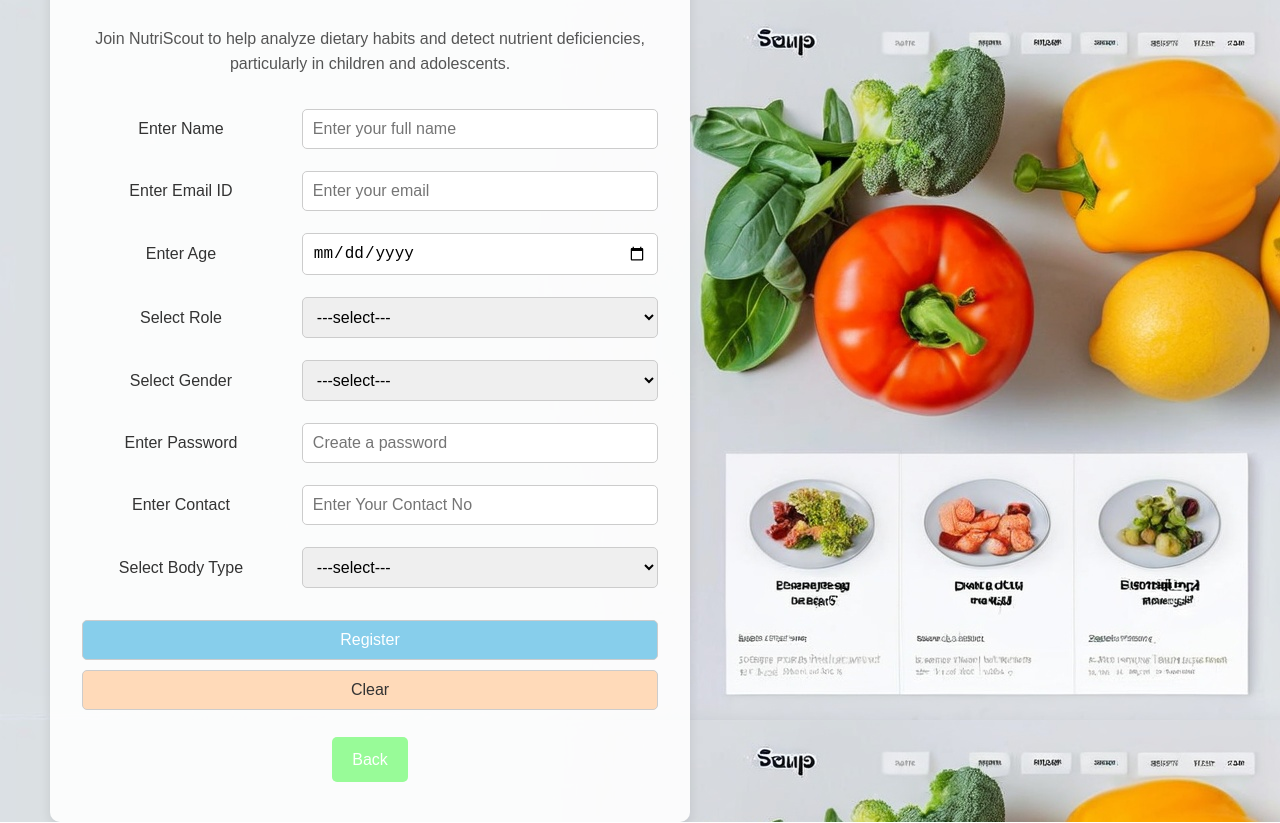
Repository: chaitanyasivathmika/NutrientDiet
Page: http://localhost/NutrientDiet/userreg.jsp
The author's editor kept a copy of each file at every save. The page is drawn from the files as they stood at one save, then again after the next save.
The browser window is 1280 px wide. The pictures show the whole page.
The page is served by Tomcat 10.

Above is the page before, as saved 2024-11-17 04:53:46.

After the next save:
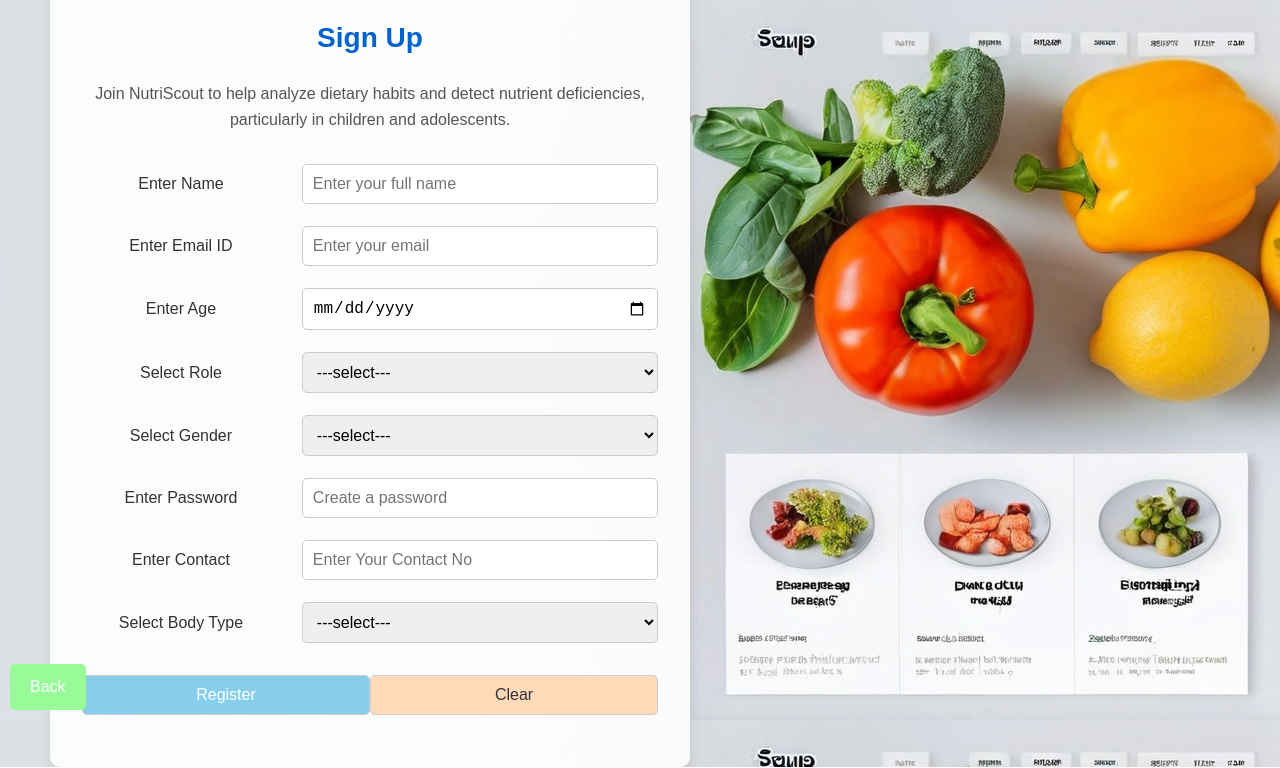
Saved 98 s later.
--- a/NutrientDiet/src/main/webapp/userreg.jsp
+++ b/NutrientDiet/src/main/webapp/userreg.jsp
@@ -18,6 +18,7 @@
             align-items: center;
             height: 100vh;
             margin: 0;
+            position: relative;
         }
 
         main {
@@ -76,6 +77,12 @@
             padding: 10px;
         }
 
+        .button-container {
+            display: flex;
+            justify-content: space-between;
+            margin-top: 10px;
+        }
+
         .submit-btn {
             background-color: #87CEEB;
             color: #fff;
@@ -84,7 +91,6 @@
             border-radius: 5px;
             cursor: pointer;
             font-size: 18px;
-            margin-top: 10px;
             transition: background-color 0.3s ease;
         }
 
@@ -100,7 +106,6 @@
             border-radius: 5px;
             cursor: pointer;
             font-size: 18px;
-            margin-top: 10px;
             transition: background-color 0.3s ease;
         }
 
@@ -109,7 +114,9 @@
         }
 
         .back-btn {
-            display: inline-block;
+            position: absolute;
+            bottom: 10px;
+            left: 10px;
             background-color: #98FB98;
             color: white;
             padding: 10px 20px;
@@ -117,18 +124,11 @@
             border-radius: 5px;
             cursor: pointer;
             font-size: 16px;
-            margin-top: 15px;
             text-decoration: none;
         }
 
-        footer {
-            text-align: center;
-            padding: 10px 0;
-            background-color: #0062cc;
-            color: white;
-            position: fixed;
-            bottom: 0;
-            width: 100%;
+        .back-btn:hover {
+            background-color: #76e576;
         }
     </style>
 </head>
@@ -196,17 +196,18 @@
                         </td>
                     </tr>
                     <tr>
-                        <td colspan="2" class="button-container">
-                            <input type="submit" value="Register" class="submit-btn"/>
-                            <input type="reset" value="Clear" class="clear-btn"/>
+                        <td colspan="2">
+                            <div class="button-container">
+                                <input type="submit" value="Register" class="submit-btn"/>
+                                <input type="reset" value="Clear" class="clear-btn"/>
+                            </div>
                         </td>
                     </tr>
                 </table>
             </form>
-
-            <a href="/" class="back-btn">Back</a>
         </section>
     </main>
 
+    <a href="/" class="back-btn">Back</a>
 </body>
 </html>
